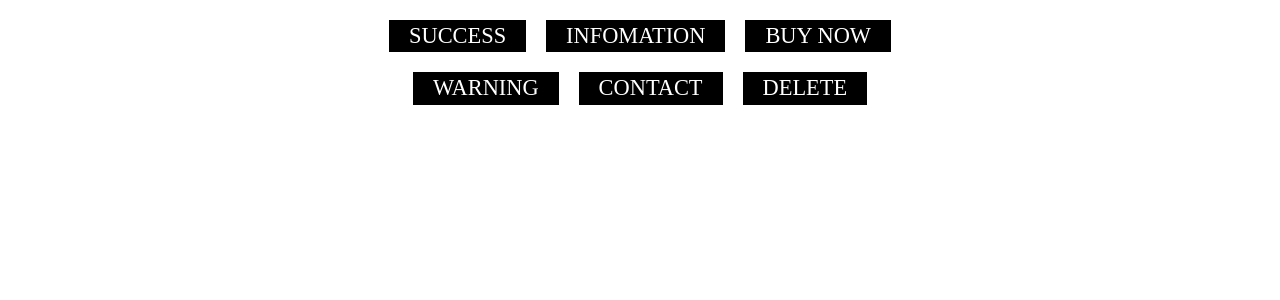
Repository: ThanhPhongsof/Css-Course
Page: index.html
An editor plug-in stored every save of this project. The page is shown before and after the next save, followed by the edit.
The browser window is 1280 px wide. The pictures show the whole page.

Above is the page before, as saved 2022-05-16 08:07:35.

After the next save:
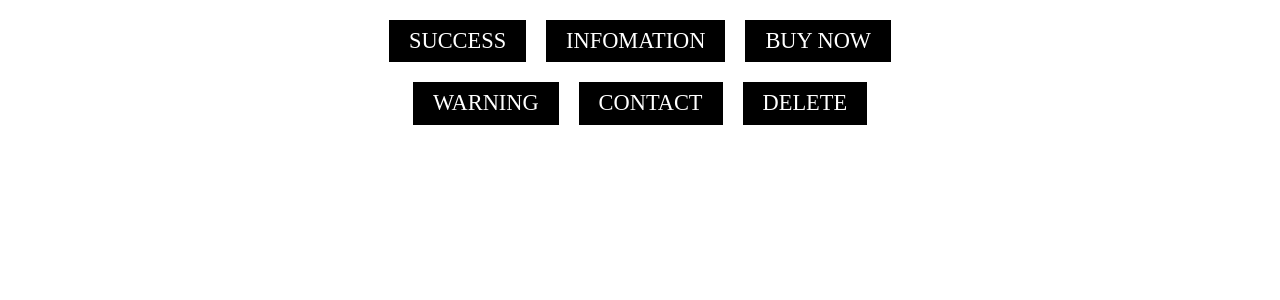
Saved 4 s later.
--- a/styles.css
+++ b/styles.css
@@ -12,7 +12,7 @@
   background: #000;
   color: white;
   font-size: 1.4rem;
-  padding: 5px 20px;
+  padding: 10px 20px;
   /* border-radius: 20px; */
 }
 
